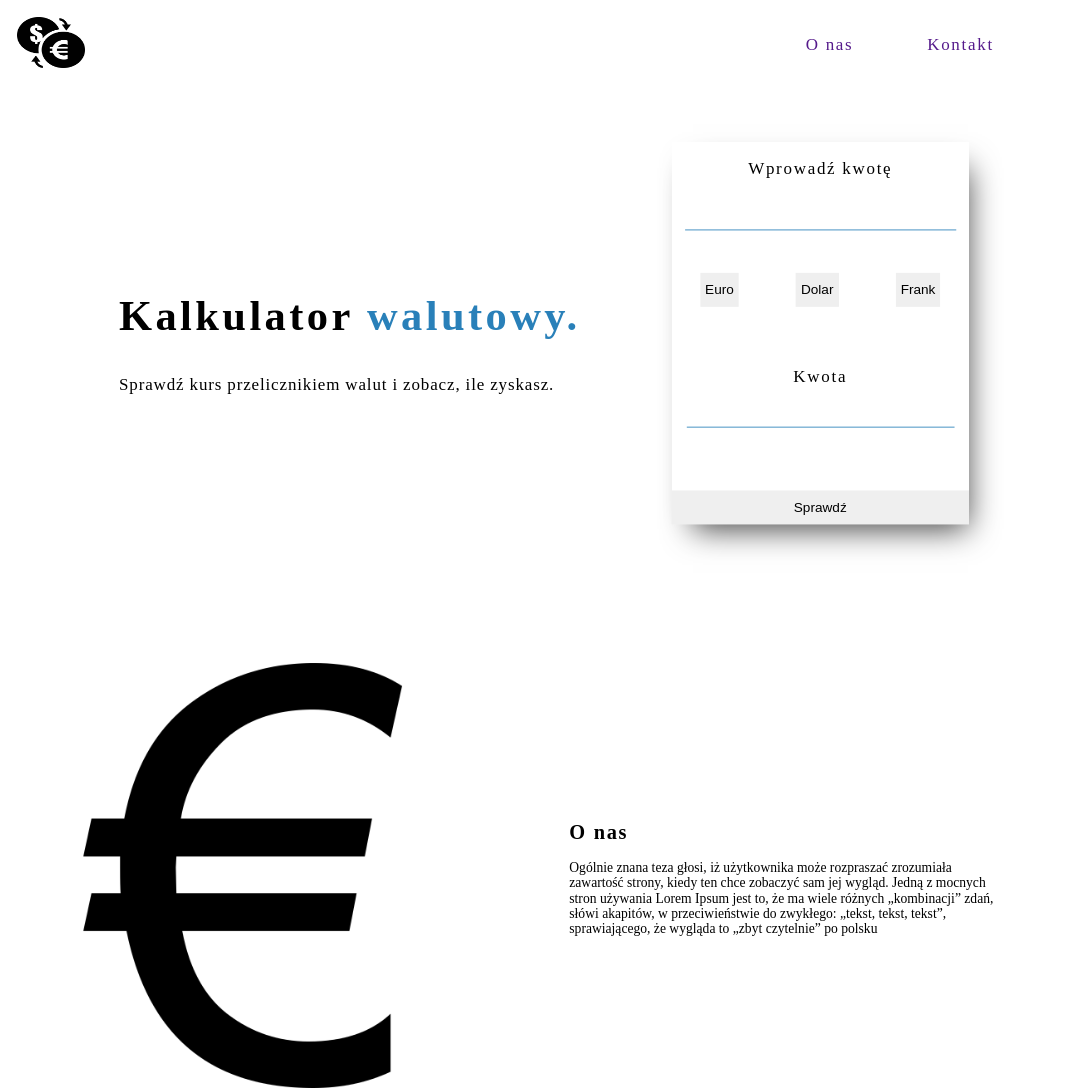
Repository: SebastianArmata22/Kalkulator-walut
Page: index.html
An editor plug-in stored every save of this project. The page is shown before and after the next save, followed by the edit.
The browser window is 1280 px wide. The pictures show the whole page, at 85% of full size.

Above is the page before, as saved 2020-10-24 12:35:08.

### index.html
<!DOCTYPE html>

<html>
    <head>
        <meta charset="utf-8">
        <meta http-equiv="X-UA-Compatible" content="IE=edge">
        <title>Kalkulator walut</title>
        <meta name="description" content="">
        <meta name="viewport" content="width=device-width, initial-scale=1">
        <link rel="stylesheet" href="style.css">
    </head>
    <body>

    <div class="container">
        <nav>
        <div class="menu-container">
            <div class="logo">
                <img src="./photos/logo.png">
            </div>
            <div class="menu">
                <ul>
                    <li><a href="">O nas</a></li>
                    <li><a href="">Kontakt</a></li>
                </ul>
            </div>
        </div>
        </nav>
        <section>
        <div class="main-content">
            <div class="calculator-content">
            <div class="text">
                <h1>Kalkulator <span>walutowy.</span></h1>
                <p>Sprawdź kurs przelicznikiem walut i zobacz, ile zyskasz.</p>
            </div>
            <div class="calculator">
                <label for="inputNumber" class="text-label">Wprowadź kwotę</label><br>
                <input type="text" id="inputNumber">
                    <div class="inp-div">
                        <button id="euro">Euro</button>
                        <button id="euro">Dolar</button>
                        <button id="euro">Frank</button>
                    </div>
                <label for="outputNumber" class="text-label"> Kwota</label><br>
                <div id="outputNumber"></div>
                <button id="check">Sprawdź</button>
            </div>
        </div>
        <div class="about-us">
            <div class="photo-euro">
                <img src="./photos/euro.png">
            </div>
            <div class="abous-us-contact">
                <h1>O  nas</h1>
                <p>Ogólnie  znana  teza  głosi,  iż  użytkownika  może  rozpraszać  zrozumiała
                    zawartość  strony, kiedy ten chce zobaczyć sam jej wygląd.
                    Jedną z mocnych stron używania Lorem Ipsum jest to, że ma wiele różnych
                     „kombinacji” zdań, słówi akapitów, w przeciwieństwie do zwykłego: „tekst,
                        tekst,   tekst”,   sprawiającego,   że   wygląda   to   „zbyt   czytelnie”
                           po   polsku</p>
            </div>
        </div>
    </div>
        </section>
    </div>
        <script src="script.js" ></script>
    </body>
</html>

### style.css
body{
    margin: 0;
    padding: 0;
    box-sizing: border-box;
}
.container{
width: 100%;
}
.menu-container{
    position: relative;
    display: flex;
    align-items: center;
}
.logo img{
    position: relative;
    top: 0;
    left: 0;
    height: 60px;
    width: 80px;
    padding: 20px;
}
.menu{

    position: absolute;
    right: 0;
   margin-right: 50px;
}
.menu ul li{
    display: inline-flex;
    justify-content: space-around;
}
.menu ul li a{
    display: flex;
    text-decoration: none;
    height: 50px;
    width: 100px;
    justify-content: center;
    align-items: center;
    font-size: 20px;
    letter-spacing: 2px;
    margin-right: 50px;
}

.menu ul li a:hover{
    border-bottom: 5px solid #2980b9;
    margin-bottom: -5px;
    transition: all 0.3s ease-out;

}
.main-content{
    display: flex;
    align-items: center;
    justify-content: center;
    flex-wrap: wrap;
}
.calculator-content{
    min-width: 1000px;
    height: 80vh;
    display: flex;
    align-items: center;
    justify-content:space-between;
}
.calculator{
    display: flex;
    flex-direction: column;
    box-shadow: 12px 18px 35px -13px rgba(0,0,0,0.75);
    height: 450px;
    width: 350px;
    text-align: center;
}
.text h1{
    font-size: 50px;
    letter-spacing: 4px;
}
.text p{
    font-size: 20px;
    letter-spacing: 1px;

}
#outputNumber{
    width: 90%;
    height: 30px;
    border-bottom: 1px solid #2980b9;
    margin: auto;
    margin-top: 0;

}
.calculator button{
    height: 40px;
    border-style: none;
    font-size: 16px;
}
.calculator button:hover{
    background-color: #2980b9;
    color: white;
    transition: all 0.3s ease-out;
}
.calculator input[type=text]{
    border-style: none;
    height: 40px;
    border-bottom: 1px solid #2980b9;
    width: 90%;
    margin: auto;
    margin-top: 0px;
    margin-bottom: 50px;
}
.text-label{
    margin-top: 20px;
    font-size: 20px;
    letter-spacing: 2px;
}

.inp-div{
    display: flex;
    flex-direction: row;
    align-items: center;
    justify-content: space-around;

}

.inp-div button{
margin-bottom: 50px;
}
.text span{
    color: #2980b9;
}
.about-us{
    display: flex;
    justify-content: space-around;
    align-items: center;
    margin-top: 100px;
}
.about-us img{
    height: 500px;
}
.abous-us-contact{
    width: 40%;
}
.abous-us-contact h1{
    letter-spacing: 2px;
    font-weight: 900;
}

Loaded but not shown: script.js (no copy from this time; the picture is the same without it)

After the next save:
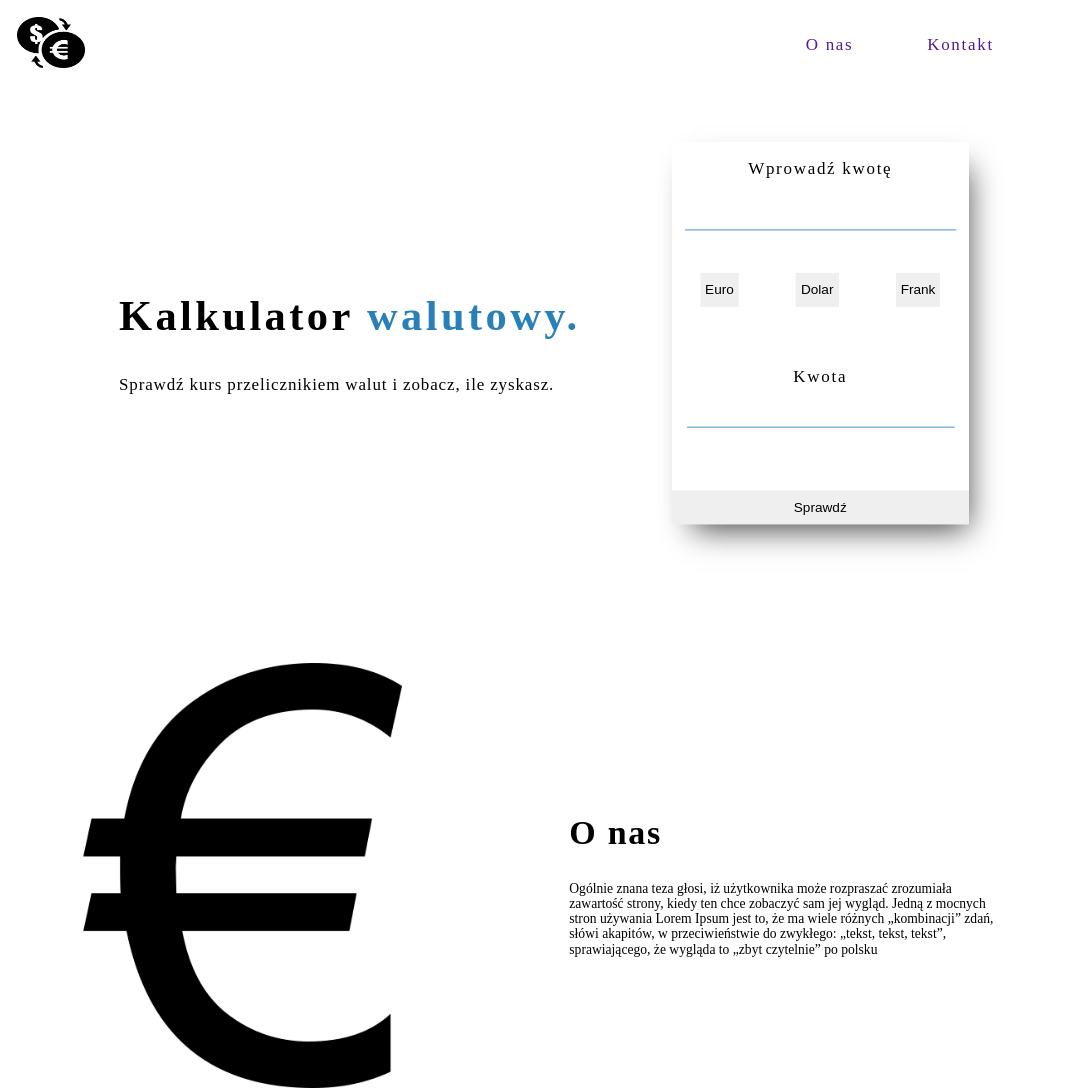
Saved 16 s later.
--- a/style.css
+++ b/style.css
@@ -138,5 +138,5 @@ margin-bottom: 50px;
 }
 .abous-us-contact h1{
     letter-spacing: 2px;
-    font-weight: 900;
+    font-size: 40px;
 }
